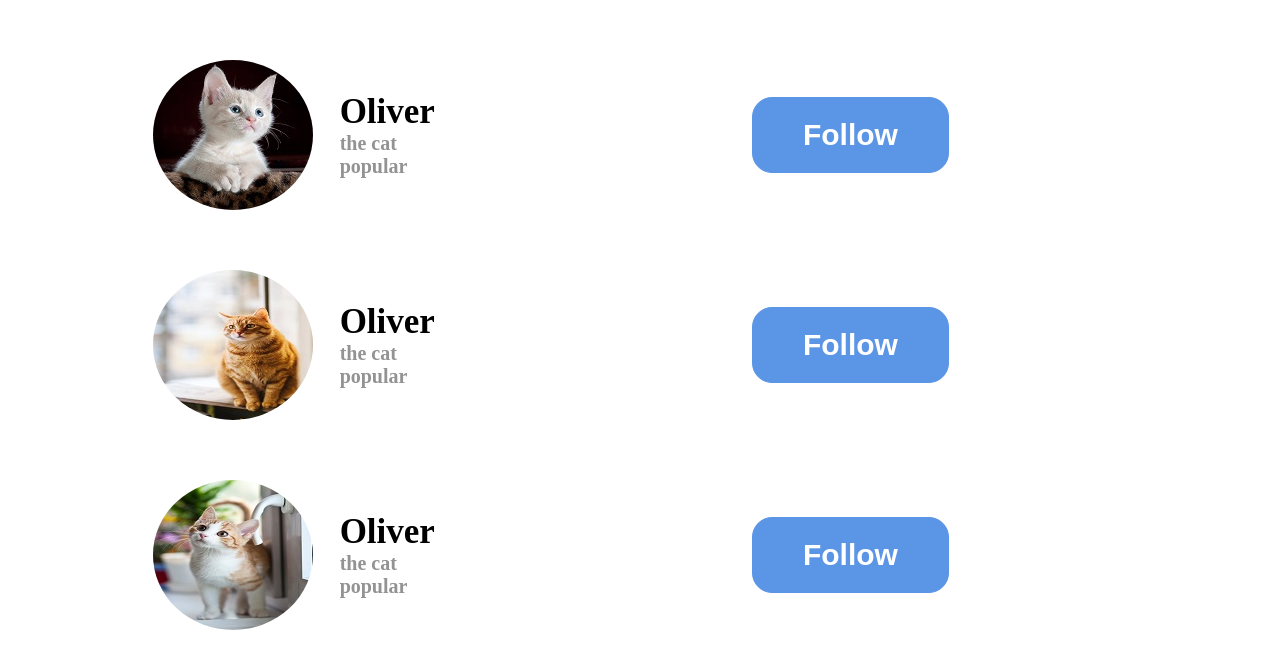
Repository: arifshahriyarnader/css-flexbox
Page: Exercise 4/index.html
These files come from the project's save history. The page is drawn as it stood at one moment and after the next save; the edit follows.
The browser window is 1280 px wide. The pictures show the whole page.

Above is the page before, as saved 2024-06-21 11:46:31.

After the next save:
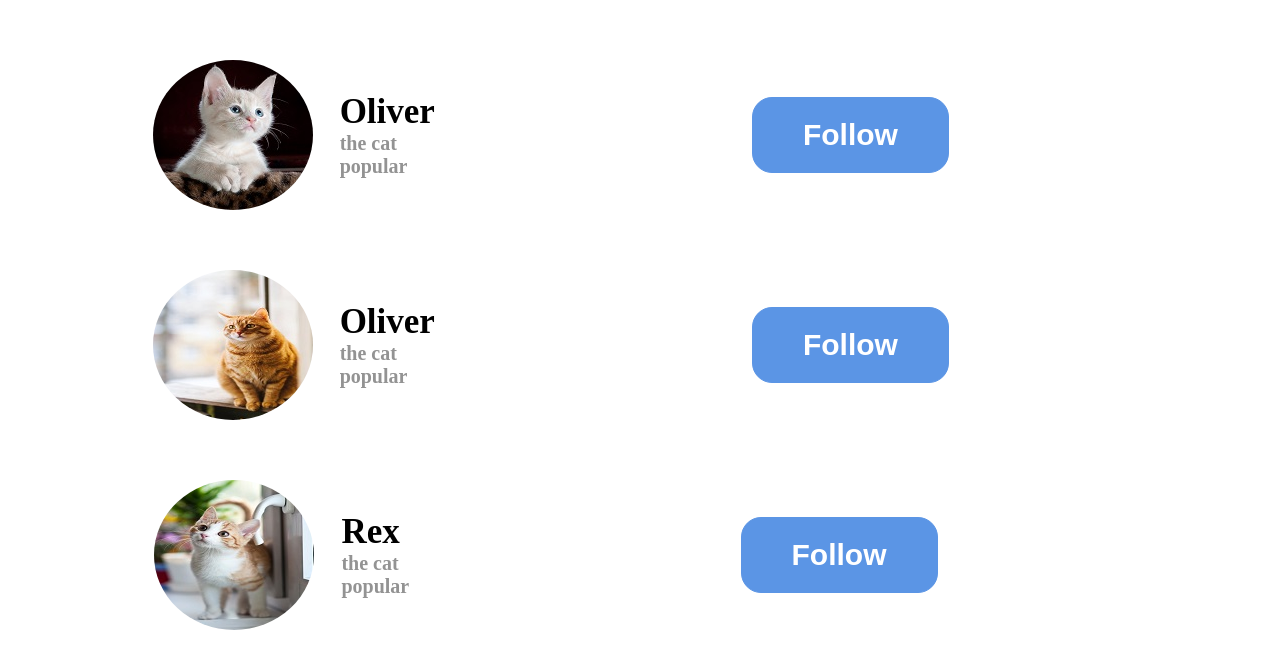
Saved 43 s later.
--- a/Exercise 4/index.html
+++ b/Exercise 4/index.html
@@ -70,7 +70,7 @@
         <div class="follow">
             <img src="images/cat3.jpg" alt="cat 1" class="follow_img">
             <div class="follow_content">
-                <h3>Oliver</h3>
+                <h3>Rex</h3>
                 <p>the cat</p>
                 <p>popular</p>
             </div>
